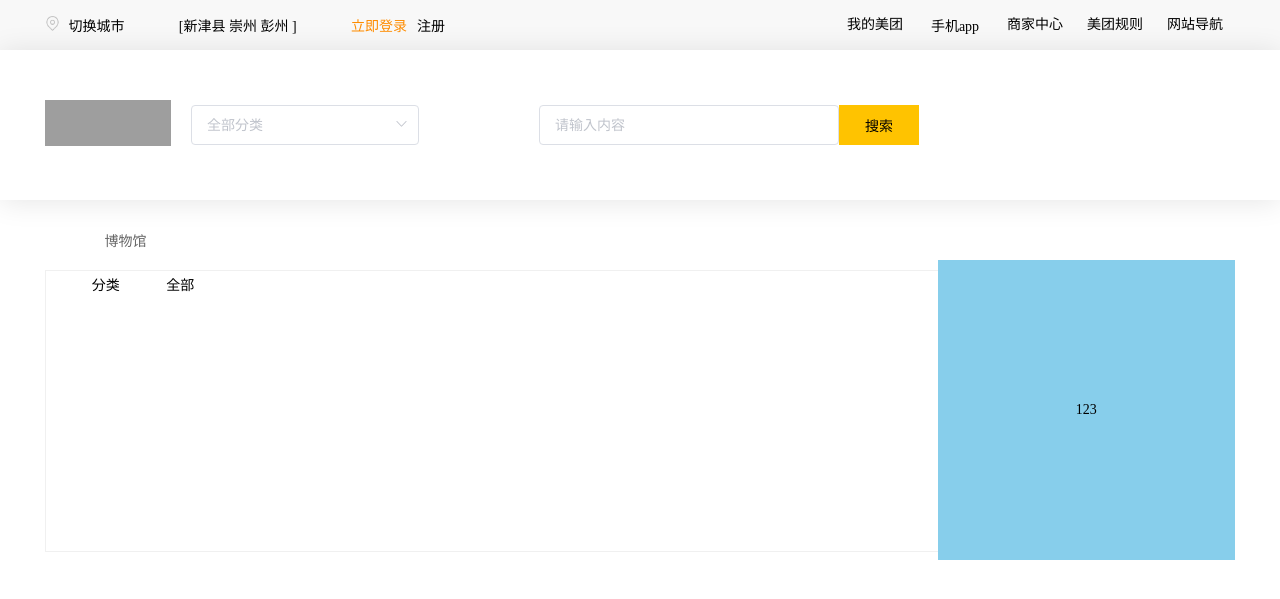
Repository: jinggegeZ/-
Page: /detail
The author's editor kept a copy of each file at every save. The page is drawn from the files as they stood at one save, then again after the next save.
The browser window is 1280 px wide. The pictures show the whole page.
Pictures or frames that could not be fetched are drawn as grey boxes. The page's requests for data from a server got no answer. The project was rebuilt for these pictures with package versions that can differ from the ones it lists, and the page was loaded fresh each time. No one was signed in, and anything a server would have sent is missing. Also part of the build but not shown: vue.config.js, src/components/Navigation/Navigation.vue, src/components/navbox/navbox.vue, src/components/Sty/Sty.vue, src/views/Home.vue.

Above is the page before, as saved 2020-08-24 16:42:52.

After the next save:
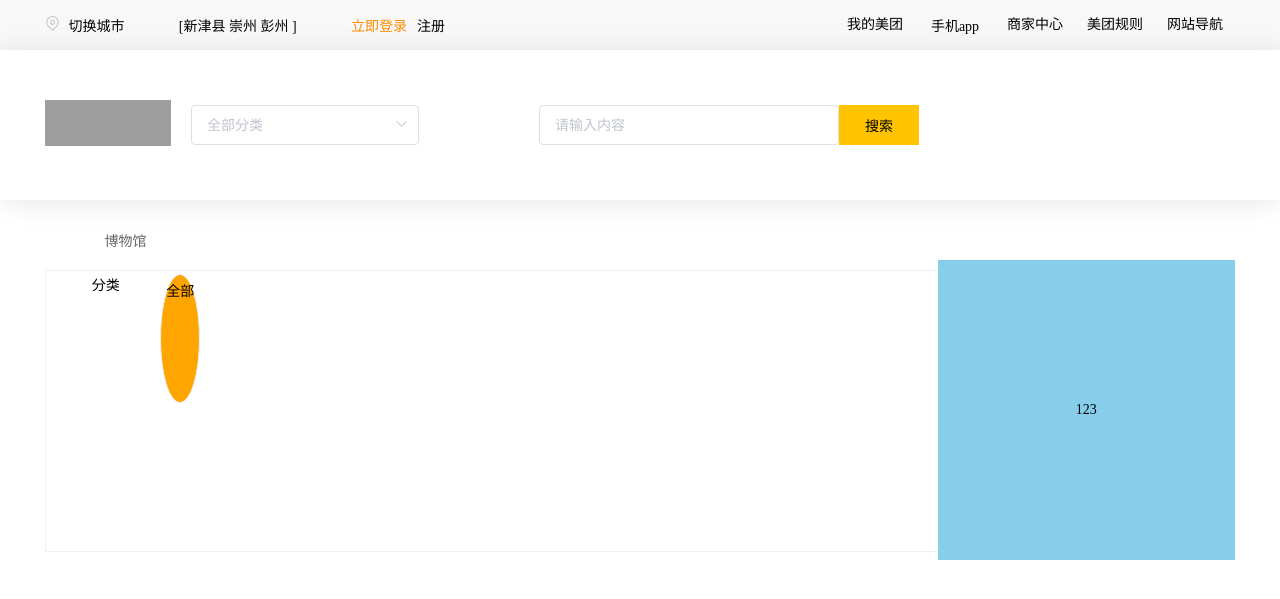
Saved 70 s later.
--- a/src/style/style.css
+++ b/src/style/style.css
@@ -1345,6 +1345,12 @@
     display: flex;
     justify-content: center;
 }
+.location-box-top1-2-1 {
+    padding: 5px;
+    border: 1px solid rgb(240,240,240);
+    border-radius: 50%;
+    background: orange;
+}
 .location-box-top1-3 {
     width: 748px;
 }
